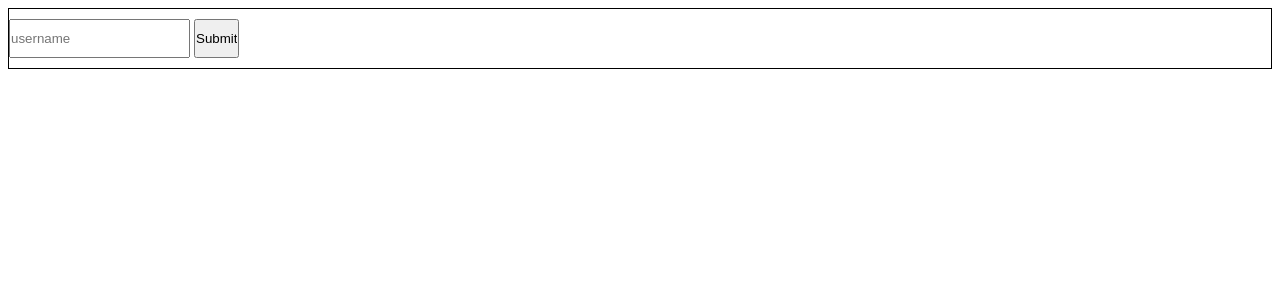
Repository: myoder020/Projects
Page: http://localhost/Forms/form1.jsp
The author's editor kept a copy of each file at every save. The page is drawn from the files as they stood at one save, then again after the next save.
The browser window is 1280 px wide. The pictures show the whole page.
The page is served by Tomcat 9. Other server files are loaded and not shown.

Above is the page before, as saved 2015-05-06 03:00:56.

### Servlets/Forms/WebContent/form1.jsp
<%@ page language="java" contentType="text/html; charset=ISO-8859-1"
    pageEncoding="ISO-8859-1"%>
<!DOCTYPE html PUBLIC "-//W3C//DTD HTML 4.01 Transitional//EN" "http://www.w3.org/TR/html4/loose.dtd">
<html>
<head>
<meta http-equiv="Content-Type" content="text/html; charset=ISO-8859-1">
<title>Form</title>

<style>

form {

	border: 1px solid #000;
	padding: 10px 0;

}

form input {

	padding: 10px 0;

}

</style>
</head>
<body>

	<form action="/Forms/Controller" method="post">

		<input type="text" name="user" placeholder="username"/>
		<input type="submit" value="Submit"/>

	</form>


</body>
</html>

After the next save:
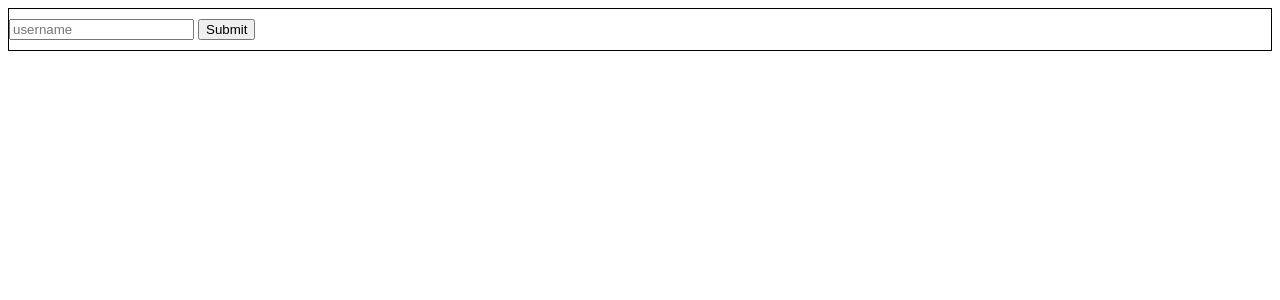
Saved 10 s later.
--- a/Servlets/Forms/WebContent/form1.jsp
+++ b/Servlets/Forms/WebContent/form1.jsp
@@ -17,7 +17,7 @@
 
 form input {
 
-	padding: 10px 0;
+
 
 }
 
